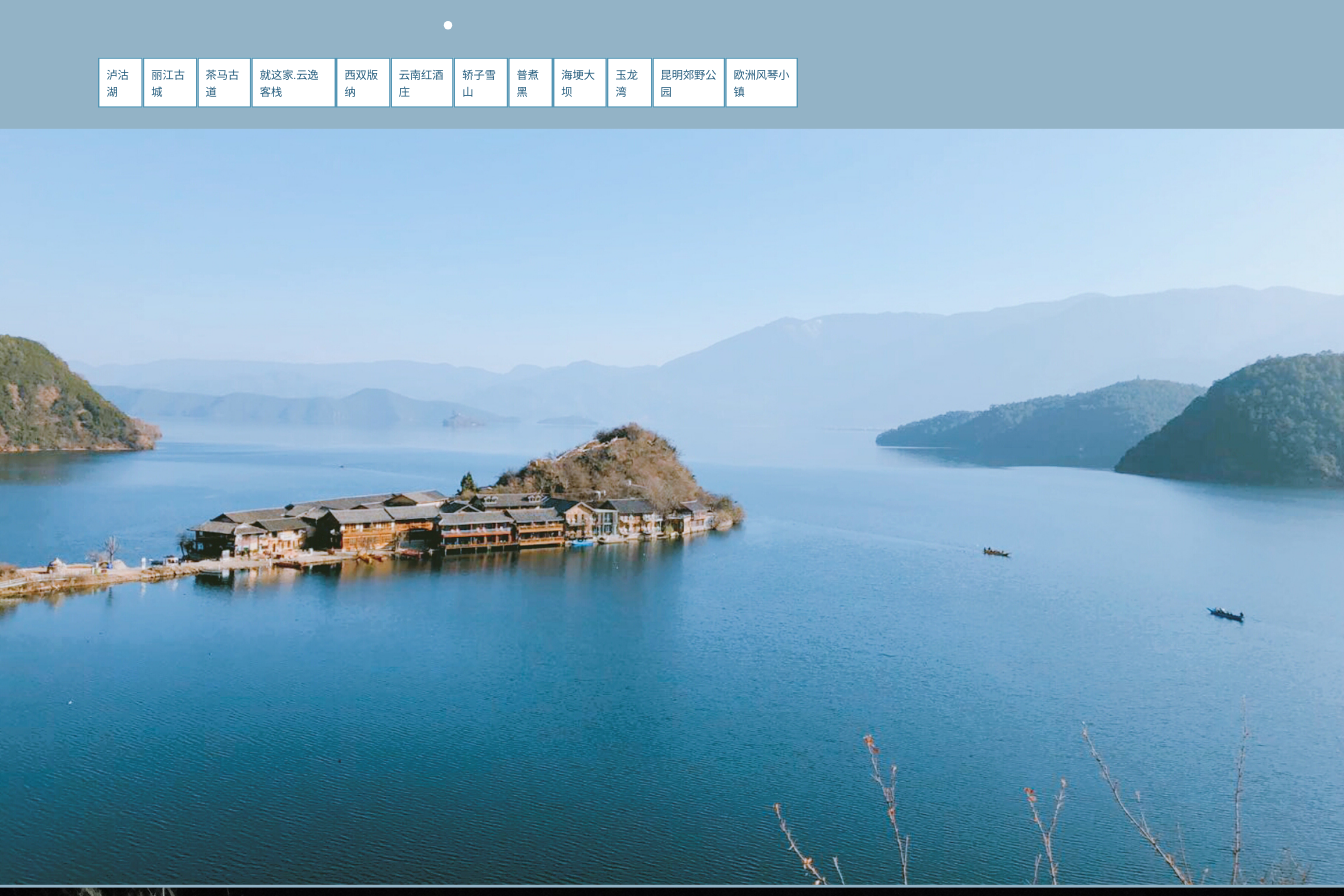
Repository: zhenzhen-gong/-jQuerydemo
Page: index.html
These files come from the project's save history. The page is drawn as it stood at one moment and after the next save; the edit follows.
The browser window is 1280 px wide. The page is 1920 px wide, so the pictures cover 1920 px, including what lies to the right of the window. The pictures show the part of the page from y = 0 to 1280 px (the page is 13192 px tall before and 13188 px after), at 70% of full size.

Above is the page before, as saved 2020-06-05 11:27:19.

### index.html
<!DOCTYPE html>
<html lang="en">
<head>
    <meta charset="UTF-8" />
    <title>旅游图片集</title>
    <link rel="stylesheet" href="style.css">
    <script src="http://cdn.bootcss.com/jquery/1.12.4/jquery.js"></script>
    <script src="js.js"></script>
</head>
<body>
    <div class="circle"></div>
    <nav>
     <a href="#">泸沽湖</a>
     <a href="#">丽江古城</a>
     <a href="#">茶马古道</a>
     <a href="#">就这家.云逸客栈</a>
     <a href="#">西双版纳</a>
     <a href="#">云南红酒庄</a>
     <a href="#">轿子雪山</a>
     <a href="#">普煮黑</a>
     <a href="#">海埂大坝</a>
     <a href="#">玉龙湾</a>
     <a href="#">昆明郊野公园</a>
     <a href="#">欧洲风琴小镇</a>
    </nav>
    <div>
      <img src="images/1.jpg" >
      <img src="images/2.jpg" >
      <img src="images/3.jpg" >
      <img src="images/4.jpg" >
      <img src="images/5.jpg" >
      <img src="images/6.jpg" >
      <img src="images/7.jpg" >
      <img src="images/8.jpg" >
      <img src="images/9.jpg" >
      <img src="images/10.jpg" >
      <img src="images/11.jpg" >
      <img src="images/12.jpg" >
    </div>
</body>
</html>

### style.css
*{
    padding: 0;
    margin: 0;
}
body{
    background-color: #93b3c6;
}
.circle{
    background-color: white;
    height: 12px;
    width: 12px;
    border-radius: 50%;
    margin: 30px auto 40px;
}
nav{
    width: 78.125vw;
    margin: 0 auto 30px;
    display: flex;
    justify-content: space-between;
}
nav a{
    text-decoration: none;
    background-color: white;
    color: #255d7e;
    border: 2px solid #5395b4;
    padding: 10px;
}

Loaded but not shown: js.js (no stored copy; drawn as an empty file)

After the next save:
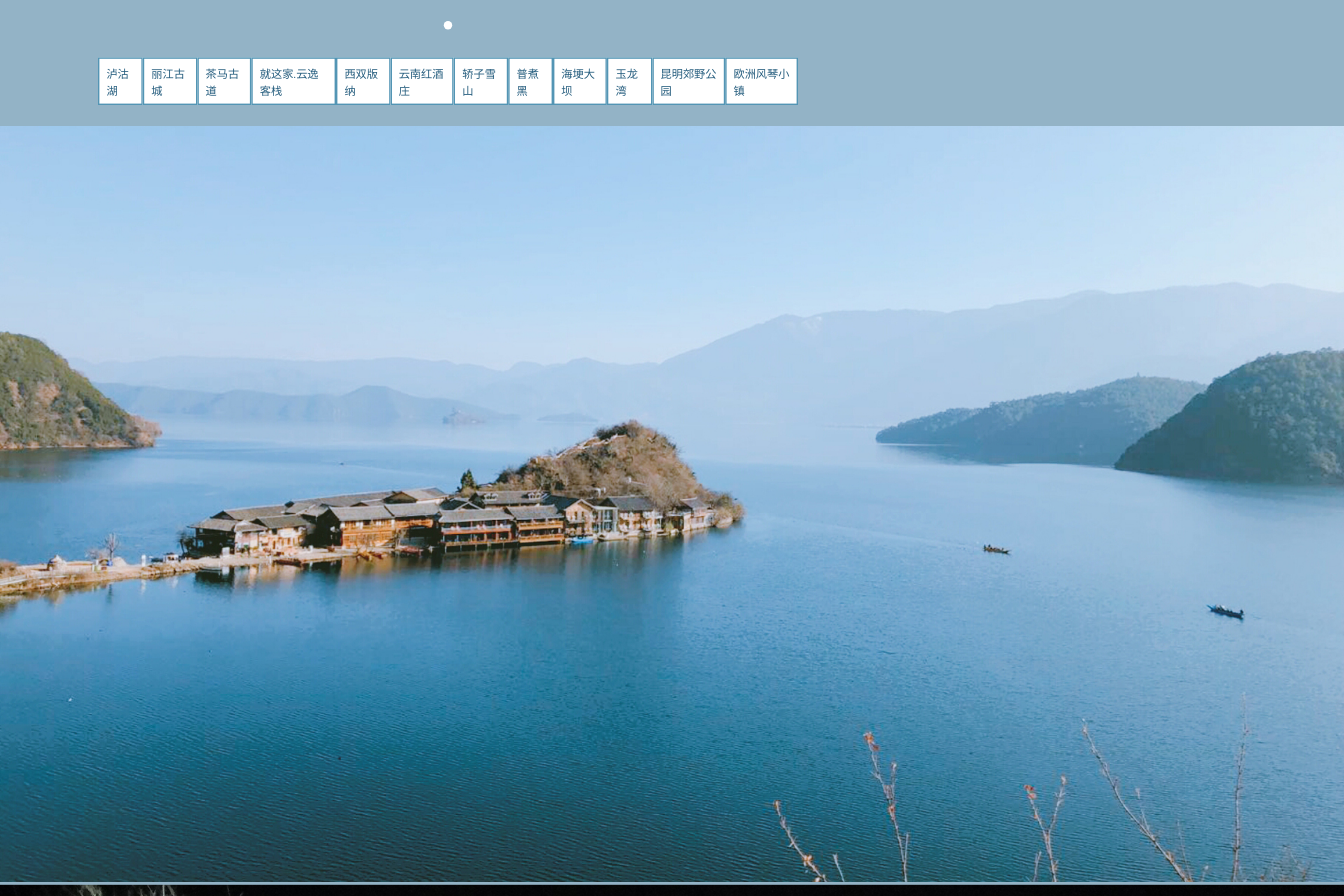
Saved 59 s later.
--- a/style.css
+++ b/style.css
@@ -23,5 +23,5 @@ nav a{
     background-color: white;
     color: #255d7e;
     border: 2px solid #5395b4;
-    padding: 10px;
+    padding: 8px 10px;
 }
